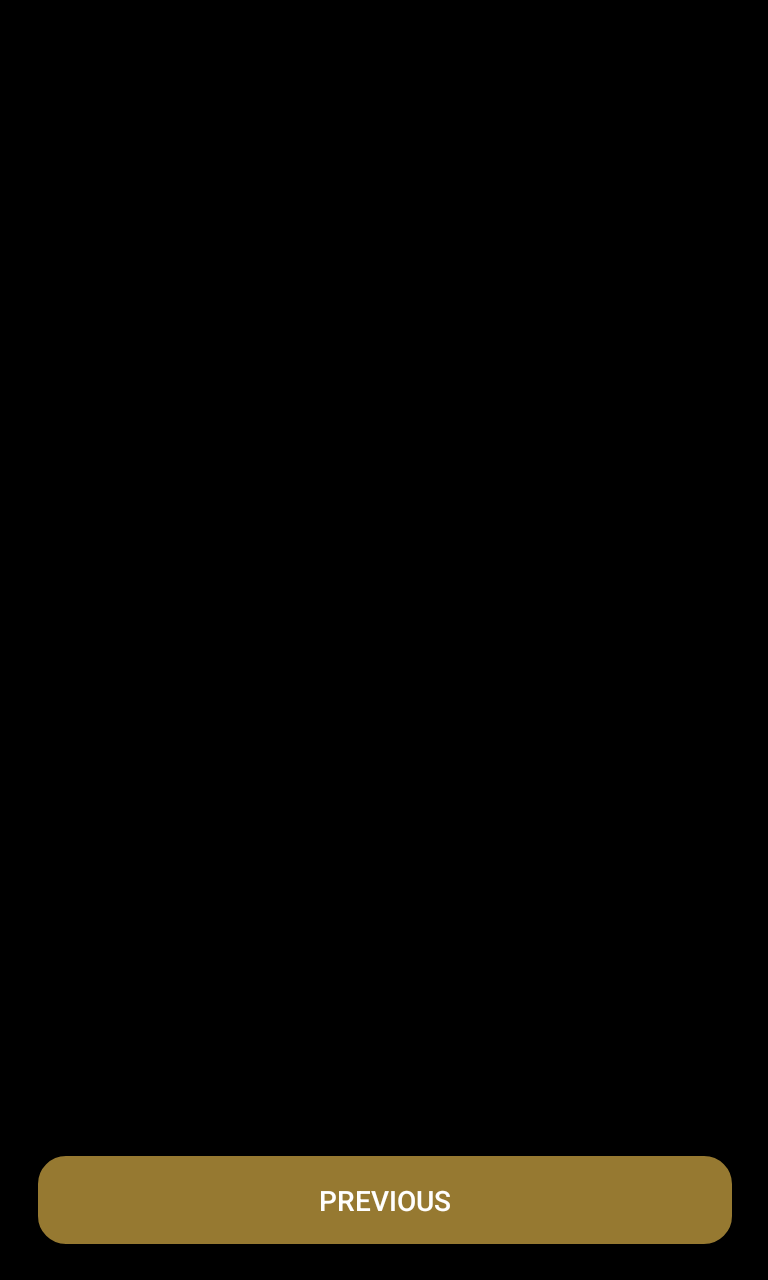
Repository: Dsupreme/MC_tictactoe
Layout: basicgrid/res/layout/tutorial1.xml
These files come from the project's save history. The layout is drawn as it stood at one moment and after a run of saves; the edit follows.
It is drawn on a 768 x 1280 px phone screen (xhdpi) without system bars, with theme AppTheme; the app's code is not run. The app's manifest (not shown) leaves right-to-left support off. So textAlignment, textDirection and layoutDirection are ignored, and left and right values win over start and end ones.

Above is the layout before, as saved 2014-12-02 05:19:37.

After the next 2 saves:
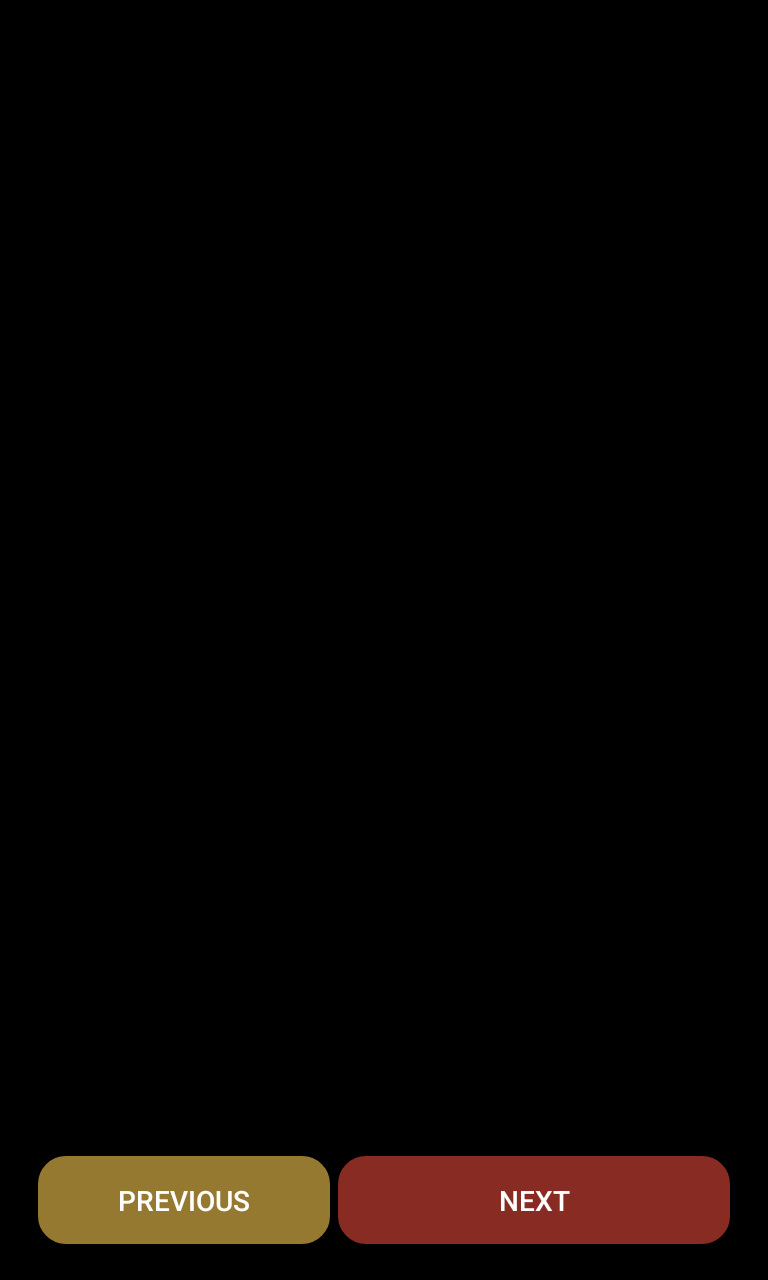
The 2 saves are shown as one change because they came seconds apart.
The last was saved 34 s later.
--- a/basicgrid/res/layout/tutorial1.xml
+++ b/basicgrid/res/layout/tutorial1.xml
@@ -20,7 +20,7 @@
 
     <Button
         android:id="@+id/prev"
-        android:layout_width="fill_parent"
+        android:layout_width="150dp"
         android:layout_height="wrap_content"
         android:layout_alignLeft="@+id/ivAnimation"
         android:layout_alignParentBottom="true"
@@ -31,7 +31,7 @@
 
     <Button
         android:id="@+id/next"
-        android:layout_width="wrap_content"
+        android:layout_width="150dp"
         android:layout_height="wrap_content"
         android:layout_alignBaseline="@id/prev"
         android:layout_alignBottom="@id/prev"
